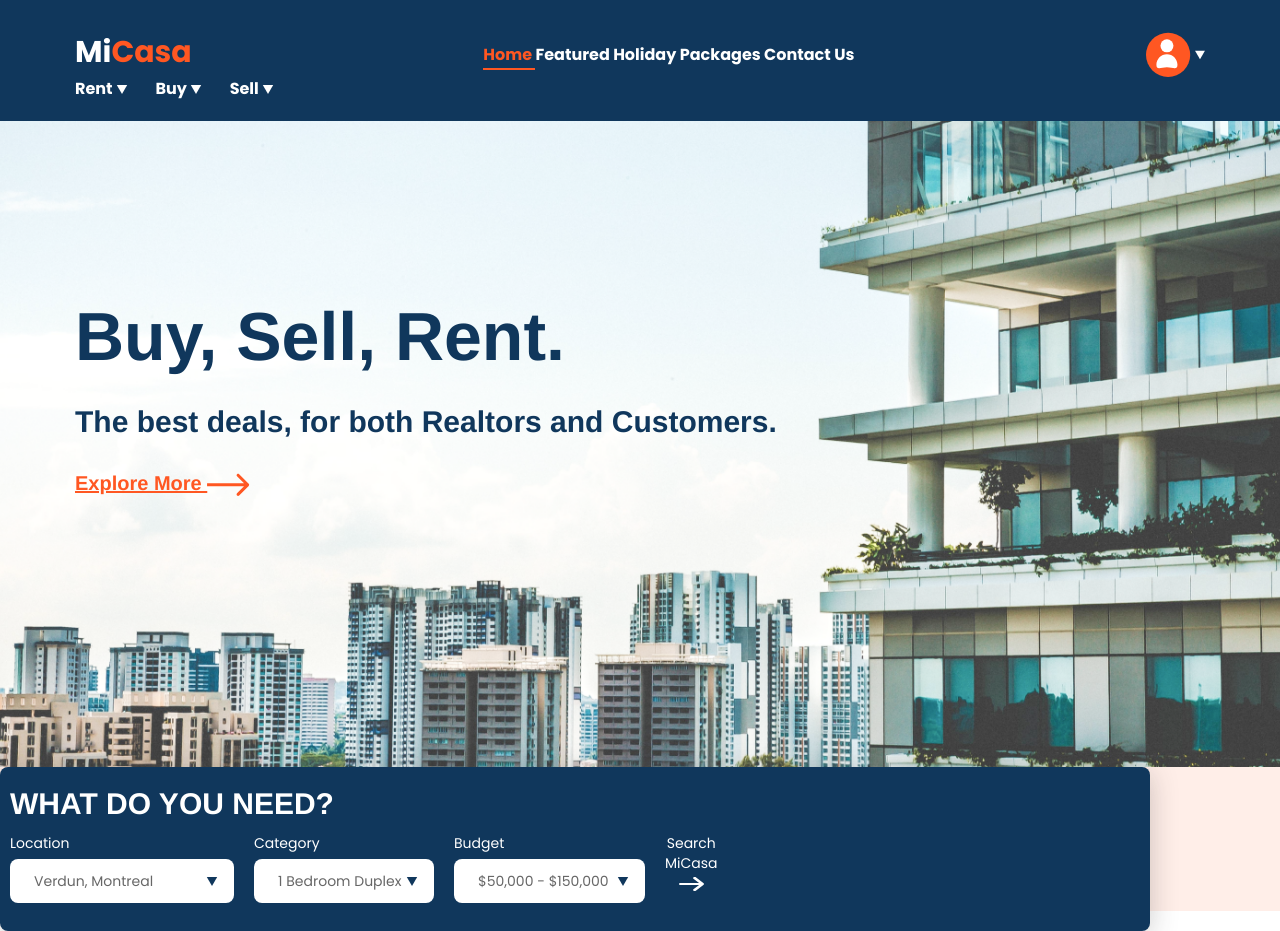
Repository: BenUnyolo/micasa-frontend
Page: index.html
An editor plug-in stored every save of this project. The page is shown before and after the next save, followed by the edit.
The browser window is 1280 px wide. The pictures show the whole page.

Above is the page before, as saved 2021-10-17 12:30:50.

### index.html
<!DOCTYPE html>
<html lang="en">
  <head>
    <meta charset="UTF-8" />
    <meta http-equiv="X-UA-Compatible" content="IE=edge" />
    <meta name="viewport" content="width=device-width, initial-scale=1.0" />
    <title>Document</title>
    <link rel="stylesheet" href="tailwind.css" />
  </head>
  <body>
    <!-- HEADER -->
    <header class="pt-8 pb-5 text-white bg-primary-600">
      <div class="inner-container">
        <!-- top row -->
        <div class="flex flex-row justify-between">
          <a
            href="/"
            class="inline-block text-3xl font-bold leading-10 font-poppins"
          >
            Mi<span class="text-secondary-600">Casa</span>
          </a>
          <nav class="flex items-center inline-block">
            <ul class="font-bold li-inline space-x-14 font-poppins">
              <li
                class="
                  text-secondary-600
                  border-b-2
                  pb-0.5
                  border-secondary-600
                "
              >
                <a href="/">Home</a>
              </li>
              <li><a href="#">Featured</a></li>
              <li><a href="#">Holiday Packages</a></li>
              <li><a href="#">Contact Us</a></li>
            </ul>
          </nav>
          <div class="flex flex-row items-center">
            <img src="assets/images/user_avatar.svg" alt="user avatar" />
            <svg
              width="14"
              height="12"
              viewBox="0 0 14 12"
              fill="none"
              xmlns="http://www.w3.org/2000/svg"
              class="pl-1"
            >
              <title>profile dropdown</title>
              <path d="M7 12L0.0717964 0H13.9282L7 12Z" fill="white" />
            </svg>
          </div>
        </div>
        <!-- bottom row -->
        <div>
          <ul class="space-x-6 font-bold li-inline font-poppins">
            <li>
              Rent
              <svg
                width="12"
                height="9"
                viewBox="0 0 12 9"
                fill="none"
                xmlns="http://www.w3.org/2000/svg"
                class="inline-block"
              >
                <path d="M6 9L0.803848 0H11.1962L6 9Z" fill="white" />
              </svg>
            </li>
            <li>
              Buy
              <svg
                width="12"
                height="9"
                viewBox="0 0 12 9"
                fill="none"
                xmlns="http://www.w3.org/2000/svg"
                class="inline-block"
              >
                <path d="M6 9L0.803848 0H11.1962L6 9Z" fill="white" />
              </svg>
            </li>
            <li>
              Sell
              <svg
                width="12"
                height="9"
                viewBox="0 0 12 9"
                fill="none"
                xmlns="http://www.w3.org/2000/svg"
                class="inline-block"
              >
                <path d="M6 9L0.803848 0H11.1962L6 9Z" fill="white" />
              </svg>
            </li>
          </ul>
        </div>
      </div>
    </header>
    <!-- HERO -->
    <div class="hero">
      <div class="flex inner-container">
        <div class="w-6/12">
          <h1 class="text-primary-600">Buy, Sell, Rent.</h1>
          <h2 class="mt-7.5 text-primary-600">
            The best deals, for both Realtors and Customers.
          </h2>
          <a
            href="#"
            class="
              inline-block
              mt-7.5
              text-secondary-600
              font-helvetica font-bold
              text-xl
              underline
            "
            >Explore More
            <svg
              width="43"
              height="23"
              viewBox="0 0 43 23"
              fill="none"
              xmlns="http://www.w3.org/2000/svg"
              class="inline-block"
            >
              <path
                d="M41.6936 12.9142C42.2794 12.3284 42.2794 11.3786 41.6936 10.7929L32.1477 1.24691C31.5619 0.661127 30.6122 0.661127 30.0264 1.24691C29.4406 1.8327 29.4406 2.78245 30.0264 3.36823L38.5117 11.8535L30.0264 20.3388C29.4406 20.9246 29.4406 21.8743 30.0264 22.4601C30.6122 23.0459 31.5619 23.0459 32.1477 22.4601L41.6936 12.9142ZM0.0714722 13.3535H40.633V10.3535H0.0714722V13.3535Z"
                fill="#FF5722"
              />
            </svg>
          </a>
        </div>
      </div>
    </div>
    <!-- SEARCH & HOW IT WORKS -->
    <div class="relative">
      <!-- what do you need -->
      <div
        class="absolute w-full pt-5 -mb-5 text-sm text-white rounded-lg  px-28 pb-7 font-poppins bg-primary-600 absolute-center inner-container -top-32"
        id="homepage-search"
      >
        <h2 class="uppercase">What do you need?</h2>
        <!-- search boxes -->
        <span class="inline-block w-full mt-3">
          <div class="flex flex-wrap -m-2.5">
            <!-- location -->
            <div class="w-1/3 p-2.5">
              <label for="location" class="block">Location</label>
              <select name="location" id="search-location">
                <option value="verdun-montreal">Verdun, Montreal</option>
                <option value="sthenri-montreal">Saint Henri, Montreal</option>
                <option value="littleburgundy-montreal">
                  Little Burgundy, Montreal
                </option>
              </select>
            </div>
            <!-- category -->
            <div class="w-1/3 p-2.5">
              <label for="category" class="block">Category</label>
              <select name="category" id="search-category">
                <option value="1br-duplex">1 Bedroom Duplex</option>
                <option value="2br-duplex">2 Bedroom Duplex</option>
                <option value="3br-duplex">3 Bedroom Duplex</option>
              </select>
            </div>
            <!-- category -->
            <div class="w-1/3 p-2.5">
              <label for="budget" class="block">Budget</label>
              <select name="budget" id="search-budget">
                <option value="50k-150k">$50,000 - $150,000</option>
                <option value="150k-250k">$150,001 - $250,000</option>
                <option value="250k-350k">$250,001 - $350,000</option>
              </select>
            </div>
            <!-- search button -->
            <div class="w-1/3 p-2.5 ml-auto">
              <div class="relative w-full">
                <button class="absolute btn">
                  Search MiCasa
                  <svg
                    width="25"
                    height="15"
                    viewBox="0 0 25 15"
                    fill="none"
                    xmlns="http://www.w3.org/2000/svg"
                    class="inline-block"
                  >
                    <path
                      d="M1.5625 8H20.0938L14.4219 12.36C14.2906 12.4611 14.1916 12.5778 14.1308 12.7034C14.0699 12.829 14.0483 12.961 14.0672 13.0919C14.1052 13.3564 14.3059 13.6003 14.625 13.77C14.9441 13.9397 15.3555 14.0214 15.7686 13.997C16.1818 13.9726 16.5629 13.8442 16.8281 13.64L24.6406 7.64C24.6932 7.59228 24.7402 7.54214 24.7812 7.49C24.7813 7.44 24.8594 7.41 24.8906 7.36C24.9614 7.24534 24.9985 7.12329 25 7C24.9985 6.87671 24.9614 6.75466 24.8906 6.64C24.8906 6.59 24.8125 6.56 24.7812 6.51C24.7402 6.45786 24.6932 6.40773 24.6406 6.36L16.8281 0.360002C16.6812 0.247119 16.4972 0.156339 16.2893 0.0941181C16.0814 0.0318971 15.8545 -0.000236672 15.625 1.91036e-06C15.2599 -0.000454603 14.9061 0.0809208 14.625 0.230002C14.4668 0.313951 14.336 0.417051 14.2401 0.533399C14.1443 0.649746 14.0852 0.777054 14.0663 0.908031C14.0475 1.03901 14.0692 1.17108 14.1302 1.29668C14.1912 1.42229 14.2903 1.53895 14.4219 1.64L20.0938 6H1.5625C1.1481 6 0.750672 6.10536 0.457646 6.2929C0.16462 6.48043 0 6.73479 0 7C0 7.26522 0.16462 7.51957 0.457646 7.70711C0.750672 7.89464 1.1481 8 1.5625 8Z"
                      fill="white"
                    />
                  </svg>
                </button>
              </div>
            </div>
          </div>
        </span>
      </div>
      <!-- how it works -->
      <div class="bg-secondary-600 bg-opacity-10 pt-28">
        <div class="inner-container">
          something
          <br />
          <br />
          <br />
          <br />
          <br />
          <br />
        </div>
      </div>
    </div>
  </body>
</html>

Loaded but not shown: tailwind.css (library)

After the next save:
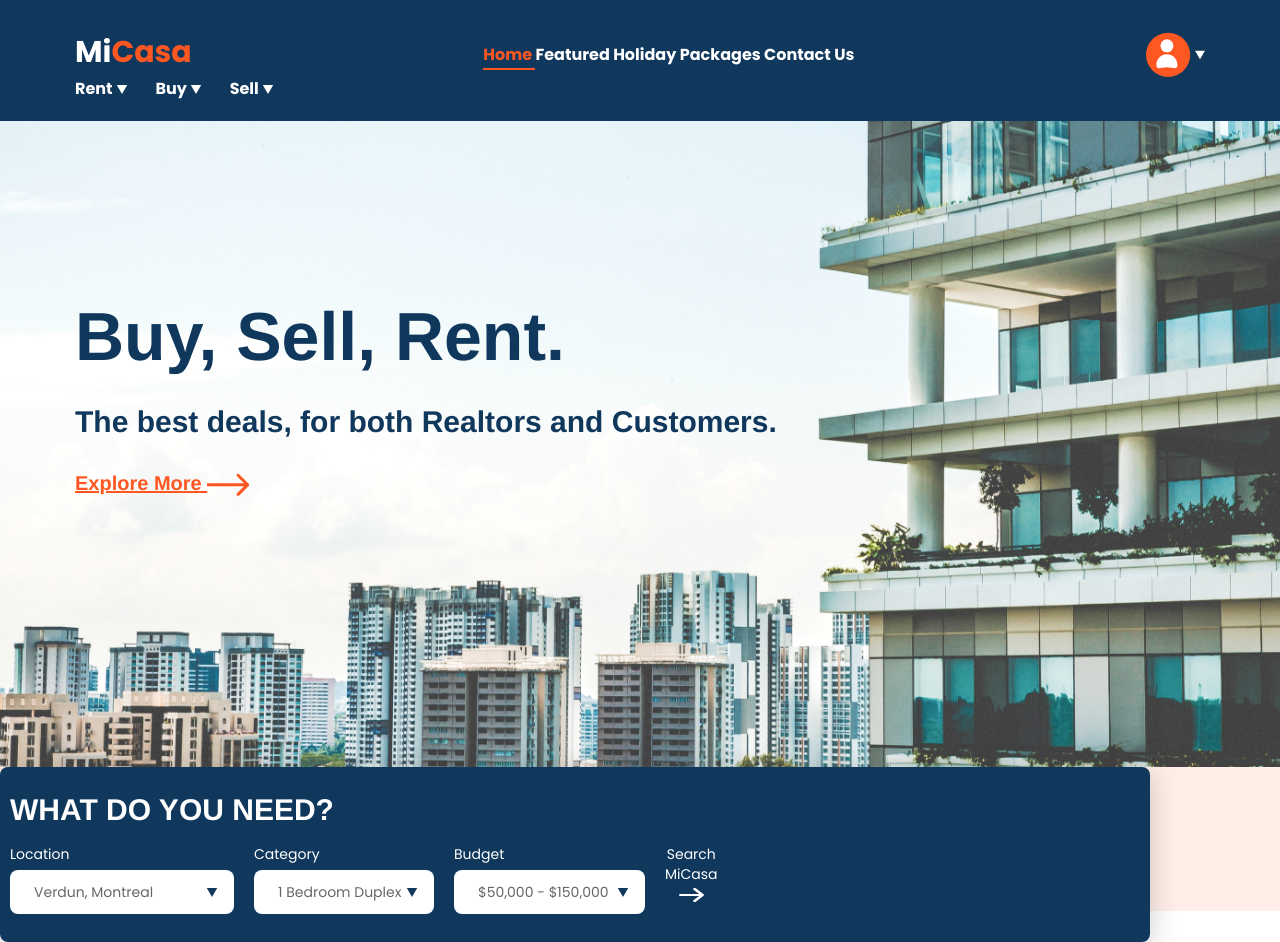
Saved 14 s later.
--- a/index.html
+++ b/index.html
@@ -140,7 +140,9 @@
         class="absolute w-full pt-5 -mb-5 text-sm text-white rounded-lg  px-28 pb-7 font-poppins bg-primary-600 absolute-center inner-container -top-32"
         id="homepage-search"
       >
-        <h2 class="uppercase">What do you need?</h2>
+        <h3 class="leading-normal uppercase font-helvetica">
+          What do you need?
+        </h3>
         <!-- search boxes -->
         <span class="inline-block w-full mt-3">
           <div class="flex flex-wrap -m-2.5">
@@ -200,6 +202,7 @@
       <!-- how it works -->
       <div class="bg-secondary-600 bg-opacity-10 pt-28">
         <div class="inner-container">
+          <h3></h3>
           something
           <br />
           <br />
